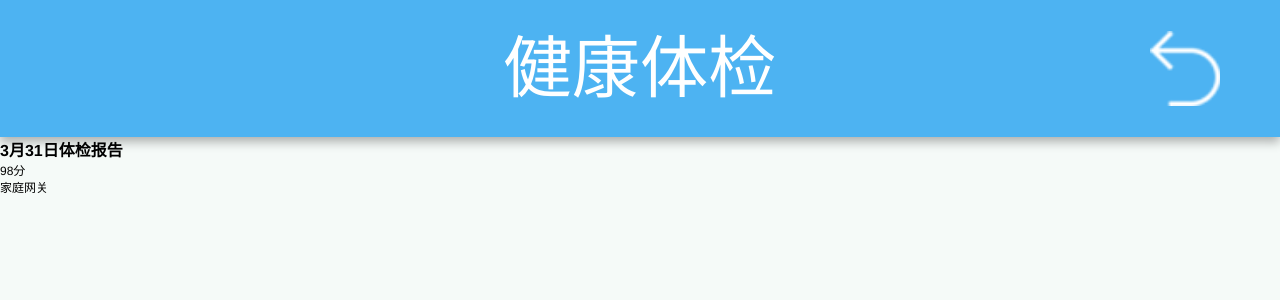
Repository: wangbiaozy/8.24
Page: index_health.html
The author's editor kept a copy of each file at every save. The page is drawn from the files as they stood at one save, then again after the next save.
The browser window is 1280 px wide. The pictures show the whole page.

Above is the page before, as saved 2018-08-23 20:21:22.

After the next save:
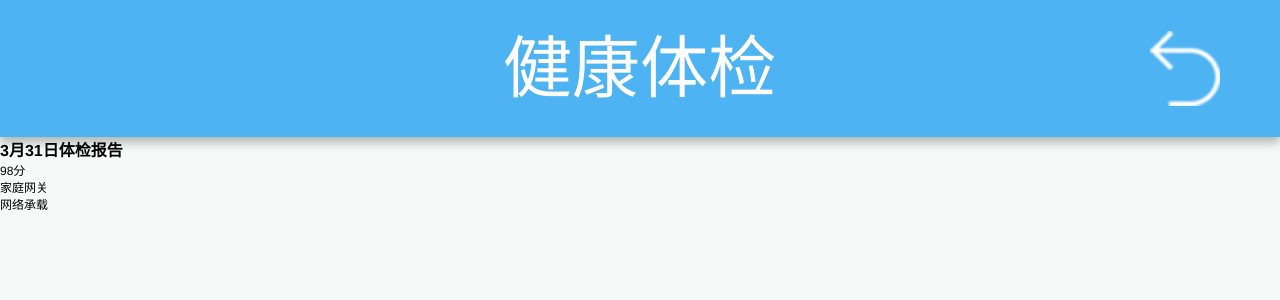
Saved 18 s later.
--- a/index_health.html
+++ b/index_health.html
@@ -27,6 +27,10 @@
             <span></span>
             <p>家庭网关</p>
         </div>
+        <div class="title">
+            <span></span>
+            <p>网络承载</p>
+        </div>
     </main>
 </body>
 </html>
